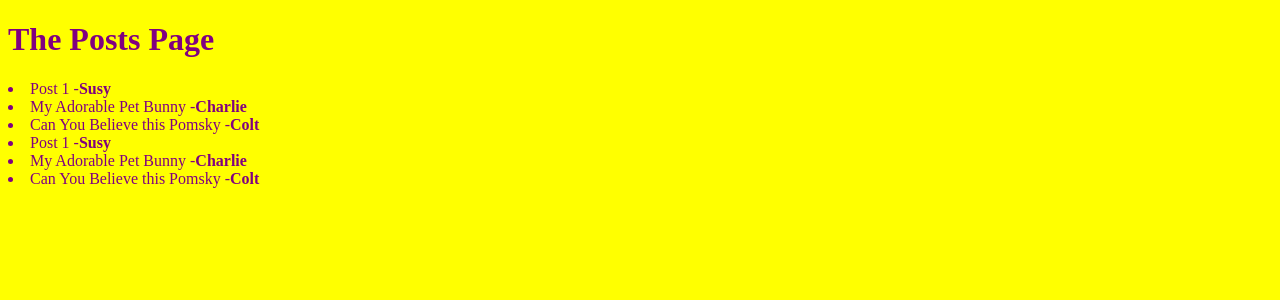
Repository: demioke/web-development-bootcamp
Page: http://localhost/posts
The author's editor kept a record of every edit. The page is drawn from the files as they stood at one moment, then again after the next edit.
The browser window is 1280 px wide. The pictures show the whole page.
The page is served by the project's Node server (MoreExpress/EJSDemo/app.js).

Above is the page before.

### MoreExpress/EJSDemo/views/posts.ejs
<% include partials/header %> <!-- includes header from partial directory  -->
<h1>The Posts Page</h1>


<% for(var i = 0; i < posts.length; i++) { %>
    <li>
        <%= posts[i].title %> -<strong><%= posts[i].author %></strong>
    </li>
<% } %>

<% posts.forEach(function(post) { %>
    <li>
        <%= post.title %> -<strong><%= post.author %></strong>
    </li>
<% }); %>

### MoreExpress/EJSDemo/views/partials/header.ejs
<!DOCTYPE html>
<html>
    <head>
        <title>Demo App</title>
        <link rel="stylesheet" href="/app.css"> <!-- "/" looks for app.css in root directory and not in current directory -->
    </head>
    <body>

### MoreExpress/EJSDemo/app.js
var express = require("express");
var app = express();

app.use(express.static("public")); // tells express to include files in the public directory i.e. app.css
app.set("view engine", "ejs"); // tells express that the extension of all the template pages we are rendering will be .ejs
                               //=> no need to add the extension .ejs at end of filename when using res.render()

app.get("/", function(req, res) {
    res.render("home"); // renders html. make sure to npm install ejs
});

app.get("/fallinlovewith/:thing", function(req, res) {
    var thing = req.params.thing;
    res.render("love", {thingVar: thing}); // passing 'thing' variable into ejs as 'thingVar'
});

app.get("/posts", function(req, res) {
    var posts = [
        {title: "Post 1", author: "Susy"},
        {title: "My Adorable Pet Bunny", author: "Charlie"},
        {title: "Can You Believe this Pomsky", author: "Colt"}
        ];

        res.render("posts", {posts: posts});
});

app.listen(process.env.PORT, process.env.IP, function() {
    console.log("Server is listening!!");
});

### MoreExpress/EJSDemo/views/partials/footer.ejs
    <p>Trademark 2018</p>
  </body>
</html>

Loaded but not shown: MoreExpress/EJSDemo/public/app.css (common file)

After the next edit:
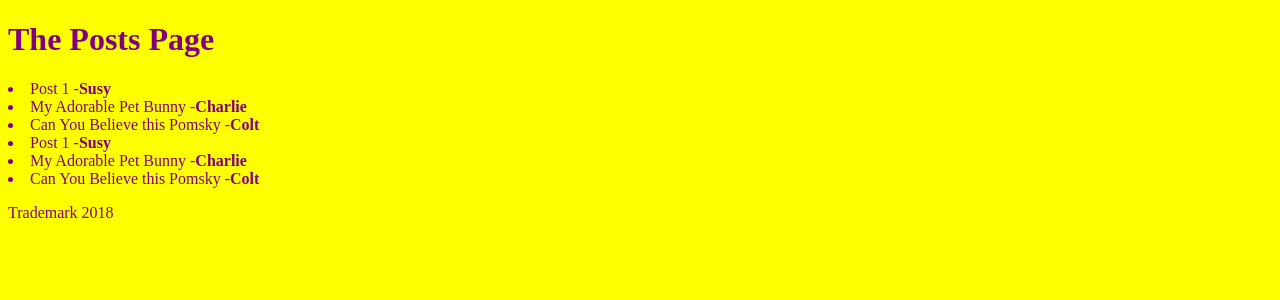
The edit:
--- a/MoreExpress/EJSDemo/views/posts.ejs
+++ b/MoreExpress/EJSDemo/views/posts.ejs
@@ -13,3 +13,5 @@
         <%= post.title %> -<strong><%= post.author %></strong>
     </li>
 <% }); %>
+
+<% include partials/footer %> <!-- includes footer from partial directory  -->
